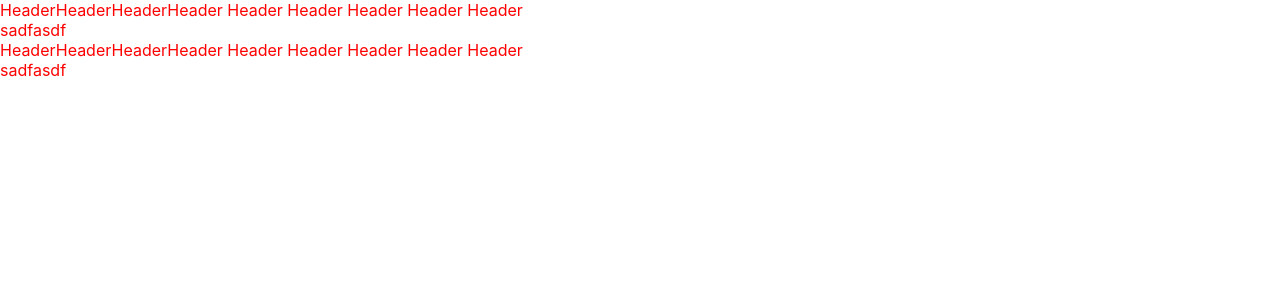
Repository: MiroslavWise/church-new
Page: /
The author's editor kept a copy of each file at every save. The page is drawn from the files as they stood at one save, then again after the next save.
The browser window is 1280 px wide. The pictures show the whole page.
The project was rebuilt for these pictures with package versions that can differ from the ones it lists, and the page was loaded fresh each time.

Above is the page before, as saved 2022-08-26 15:34:26.

After the next save:
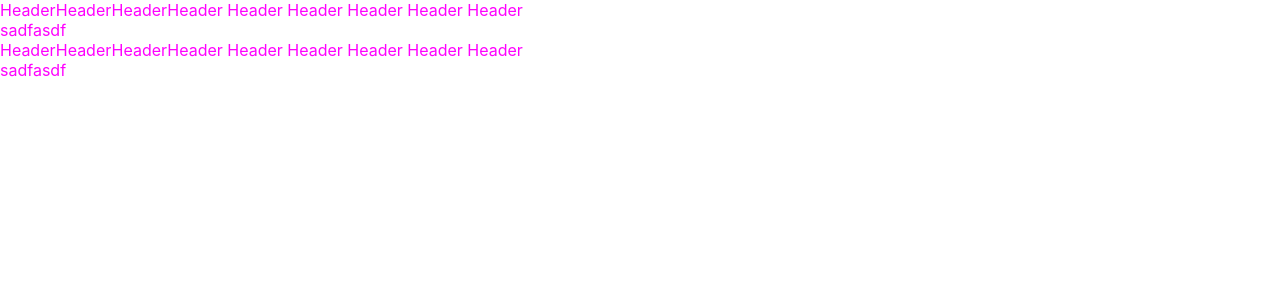
Saved 42 s later.
--- a/src/index.scss
+++ b/src/index.scss
@@ -16,5 +16,5 @@ code {
 
 
 .fix{
-  color: red;
+  color: $color-prime;
 }
